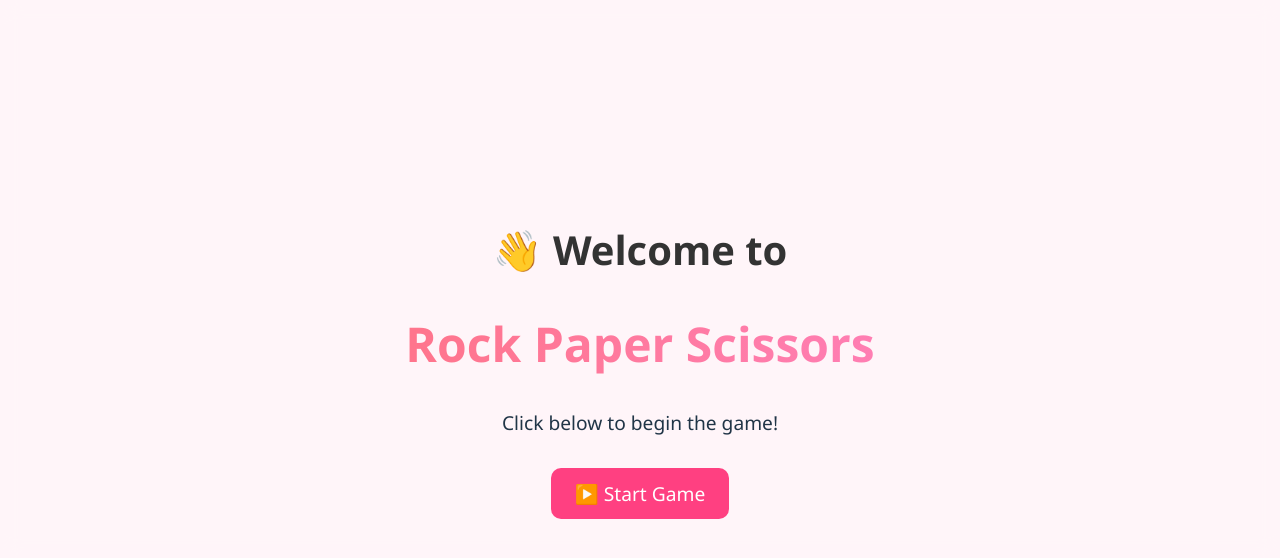
Repository: SECE-2023-2027/weekend-make-a-rock-paper-scissors-game-Harshi0916
Page: / (app in rock_paper_scissor/)
An editor plug-in stored every save of this project. The page is shown before and after a run of saves, followed by the edit.
The browser window is 1280 px wide. The pictures show the whole page.
The project was rebuilt for these pictures with package versions that can differ from the ones it lists, and the page was loaded fresh each time. Also part of the build but not shown: rock_paper_scissor/vite.config.js.

Above is the page before, as saved 2025-07-06 16:07:15.

### rock_paper_scissor/src/App.jsx
import React, { useState } from "react";
import "./App.css";

const App = () => {
  const choices = ["rock", "paper", "scissors"];
  const icons = {
    rock: "✊🏻",
    paper: "🤚🏻",
    scissors: "✌🏻",
  };

  const [started, setStarted] = useState(false);
  const [result, setResult] = useState("");
  const [showResult, setShowResult] = useState(false);
  const [userChoice, setUserChoice] = useState("");
  const [computerChoice, setComputerChoice] = useState("");
  const [score, setScore] = useState({ win: 0, lose: 0, draw: 0 });

  const playGame = (user) => {
    const computer = choices[Math.floor(Math.random() * 3)];
    const outcome = getWinner(user, computer);

    setUserChoice(user);
    setComputerChoice(computer);
    setResult(outcome);
    setShowResult(true);

    setScore((prevScore) => {
      if (outcome === "You Win!") return { ...prevScore, win: prevScore.win + 1 };
      if (outcome === "You Lose!") return { ...prevScore, lose: prevScore.lose + 1 };
      return { ...prevScore, draw: prevScore.draw + 1 };
    });
  };

  const getWinner = (user, computer) => {
    if (user === computer) return "It's a Draw!";
    if (
      (user === "rock" && computer === "scissors") ||
      (user === "scissors" && computer === "paper") ||
      (user === "paper" && computer === "rock")
    )
      return "You Win!";
    return "You Lose!";
  };

  const resetGame = () => {
    setShowResult(false);
    setResult("");
    setUserChoice("");
    setComputerChoice("");
  };

  const handleStart = () => setStarted(true);

  return (
    <div className="game-wrapper">
      {/* 🎨 Background SVG */}
      <svg className="background-shape" viewBox="0 0 800 800" xmlns="http://www.w3.org/2000/svg">
        <defs>
          <linearGradient id="grad1" x1="0%" y1="0%" x2="100%" y2="100%">
            <stop offset="0%" stopColor="#ff9a9e" />
            <stop offset="100%" stopColor="#fad0c4" />
          </linearGradient>
          <linearGradient id="grad2" x1="0%" y1="0%" x2="100%" y2="100%">
            <stop offset="0%" stopColor="#a1c4fd" />
            <stop offset="100%" stopColor="#c2e9fb" />
          </linearGradient>
          <linearGradient id="grad3" x1="0%" y1="0%" x2="100%" y2="100%">
            <stop offset="0%" stopColor="#fccb90" />
            <stop offset="100%" stopColor="#d57eeb" />
          </linearGradient>
        </defs>

        {/* Blob */}
        <path fill="url(#grad1)" opacity="0.35"
          d="M408,15Q470,80,540,140Q610,200,608,292Q606,384,555,457Q504,530,408,569Q312,608,240,540Q168,472,107,392Q46,312,76,225Q106,138,185,94Q264,50,336,32Q408,15,408,15Z">
          <animateTransform attributeName="transform" type="rotate" from="0 400 400" to="360 400 400" dur="60s" repeatCount="indefinite" />
        </path>

        {/* Circle shape */}
        <circle cx="700" cy="100" r="120" fill="url(#grad2)" opacity="0.2">
          <animate attributeName="r" values="120;140;120" dur="8s" repeatCount="indefinite" />
        </circle>

        {/* Bottom abstract path */}
        <path fill="url(#grad3)" opacity="0.25"
          d="M200,600 Q150,520 280,500 Q420,480 390,620 Q360,740 240,720 Q180,690 200,600 Z">
          <animateTransform attributeName="transform" type="rotate" from="0 300 600" to="360 300 600" dur="100s" repeatCount="indefinite" />
        </path>
      </svg>

      {!started ? (
        <div className="start-screen">
          <h1>👋 Welcome to</h1>
          <h2>Rock Paper Scissors</h2>
          <p>Click below to begin the game!</p>
          <button className="start-btn" onClick={handleStart}>
            ▶️ Start Game
          </button>
        </div>
      ) : (
        <div className="container">
          <h1 className="title">Rock Paper Scissors</h1>

          <div className="scoreboard">
            <span>🏆 Wins: {score.win}</span>
            <span>💥 Losses: {score.lose}</span>
            <span>⚖️ Draws: {score.draw}</span>
          </div>

          {!showResult ? (
            <>
              <p className="subtitle">Choose your hand:</p>
              <div className="choices">
                {choices.map((choice) => (
                  <button key={choice} onClick={() => playGame(choice)} className="choice-btn">
                    {icons[choice]}
                  </button>
                ))}
              </div>
            </>
          ) : (
            <div className="result-section">
              <h2 className="result-text">
                {result === "You Win!" ? "🎉" : result === "You Lose!" ? "😢" : "🤝"} {result}
              </h2>

              <div className="hands-display">
                <div className="player">
                  <h3>You</h3>
                  <div className="hand-icon bounce">{icons[userChoice]}</div>
                  <p>{userChoice.toUpperCase()}</p>
                </div>
                <div className="player">
                  <h3>Computer</h3>
                  <div className="hand-icon bounce">{icons[computerChoice]}</div>
                  <p>{computerChoice.toUpperCase()}</p>
                </div>
              </div>

              <button className="play-again" onClick={resetGame}>
                🔁 Play Again
              </button>
            </div>
          )}
        </div>
      )}
    </div>
  );
};

export default App;

### rock_paper_scissor/src/App.css
/* Base Setup */
html, body, #root {
  margin: 0;
  padding: 0;
  height: 100%;
  width: 100%;
  font-family: 'Segoe UI', sans-serif;
  overflow: hidden;
  background-color: #ffe7f0;
  position: relative;
}

/* Background SVG Container */
.game-wrapper {
  position: relative;
  width: 100vw;
  height: 100vh;
  overflow: hidden;
}

.background-shape {
  position: absolute;
  top: 0;
  left: 0;
  width: 100vw;
  height: 100vh;
  z-index: -1;
}

/* Start Screen */
.start-screen {
  position: absolute;
  top: 0;
  left: 0;
  z-index: 5;
  height: 100vh;
  width: 100vw;
  background: rgba(255, 255, 255, 0.6);
  backdrop-filter: blur(10px);
  display: flex;
  flex-direction: column;
  justify-content: center;
  align-items: center;
  animation: fadeIn 0.6s ease-in;
  text-align: center;
}

.start-screen h1 {
  font-size: 2.5rem;
  color: #333;
}

.start-screen h2 {
  font-size: 3rem;
  background: linear-gradient(90deg, #ff758c, #ff7eb3);
  -webkit-background-clip: text;
  -webkit-text-fill-color: transparent;
  margin: 10px 0;
}

.start-screen p {
  font-size: 1.2rem;
  margin-bottom: 30px;
}

.start-btn {
  font-size: 1.2rem;
  padding: 12px 24px;
  background-color: #ff4081;
  color: white;
  border: none;
  border-radius: 10px;
  cursor: pointer;
  transition: background 0.3s;
}

.start-btn:hover {
  background-color: #d91e65;
}

/* Main Container */
.container {
  height: 100vh;
  width: 100vw;
  display: flex;
  flex-direction: column;
  align-items: center;
  justify-content: center;
  text-align: center;
  padding: 20px;
  box-sizing: border-box;
  z-index: 2;
  position: relative;
}

.title {
  font-size: 3rem;
  margin-bottom: 10px;
  background: linear-gradient(45deg, #ff758c, #ff7eb3);
  -webkit-background-clip: text;
  -webkit-text-fill-color: transparent;
}

.subtitle {
  font-size: 1.5rem;
  margin-bottom: 20px;
  color: #333;
}

.scoreboard {
  display: flex;
  gap: 20px;
  margin: 10px 0 30px;
  font-size: 1.2rem;
  font-weight: bold;
  color: #444;
}

/* Choices */
.choices {
  display: flex;
  gap: 30px;
  flex-wrap: wrap;
  justify-content: center;
  margin-top: 20px;
}

.choice-btn {
  font-size: 3.5rem;
  background: #fff;
  border: 2px solid #ff7eb3;
  border-radius: 20px;
  padding: 20px 30px;
  cursor: pointer;
  transition: all 0.2s ease;
  box-shadow: 0 6px 20px rgba(255, 126, 179, 0.3);
}

.choice-btn:hover {
  background-color: #fff0f5;
  transform: scale(1.1) rotate(-5deg);
}

/* Result Section */
.result-section {
  background: rgba(255, 255, 255, 0.35);
  border-radius: 20px;
  box-shadow: 0 8px 32px 0 rgba(31, 38, 135, 0.2);
  backdrop-filter: blur(10px);
  padding: 40px;
  animation: fadeIn 0.5s ease-in;
  margin-top: 20px;
}

.result-text {
  font-size: 2.5rem;
  margin-bottom: 30px;
  color: #ff4081;
}

.hands-display {
  display: flex;
  justify-content: center;
  gap: 40px;
  margin-bottom: 30px;
  flex-wrap: wrap;
}

.player {
  display: flex;
  flex-direction: column;
  align-items: center;
}

.hand-icon {
  font-size: 6rem;
  margin: 10px 0;
  transition: transform 0.3s ease;
}

.bounce {
  animation: bounce 0.5s ease-in-out;
}

.play-again {
  font-size: 1.2rem;
  background-color: #ff4081;
  color: white;
  border: none;
  border-radius: 8px;
  padding: 12px 25px;
  cursor: pointer;
  transition: background 0.3s ease;
}

.play-again:hover {
  background-color: #d91e65;
}

/* Animations */
@keyframes fadeIn {
  from { opacity: 0; transform: scale(0.9); }
  to { opacity: 1; transform: scale(1); }
}

@keyframes bounce {
  0%, 100% { transform: translateY(0); }
  50% { transform: translateY(-15px); }
}

Loaded but not shown: rock_paper_scissor/index.html (common file); rock_paper_scissor/src/main.jsx (common file); rock_paper_scissor/src/index.css (common file)

After the next 3 saves:
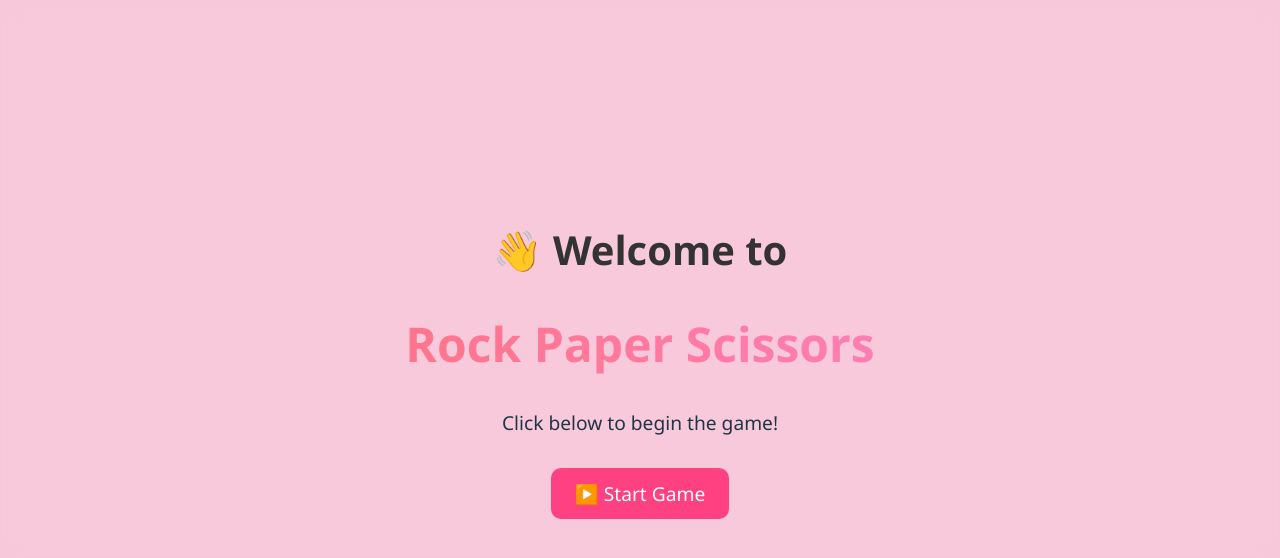
The 3 saves are shown as one change because they came seconds apart.
The last was saved 40 s later.
--- a/rock_paper_scissor/src/App.css
+++ b/rock_paper_scissor/src/App.css
@@ -6,7 +6,7 @@
   width: 100%;
   font-family: 'Segoe UI', sans-serif;
   overflow: hidden;
-  background-color: #ffe7f0;
+  background-color: hsl(338, 77%, 70%);
   position: relative;
 }
 
